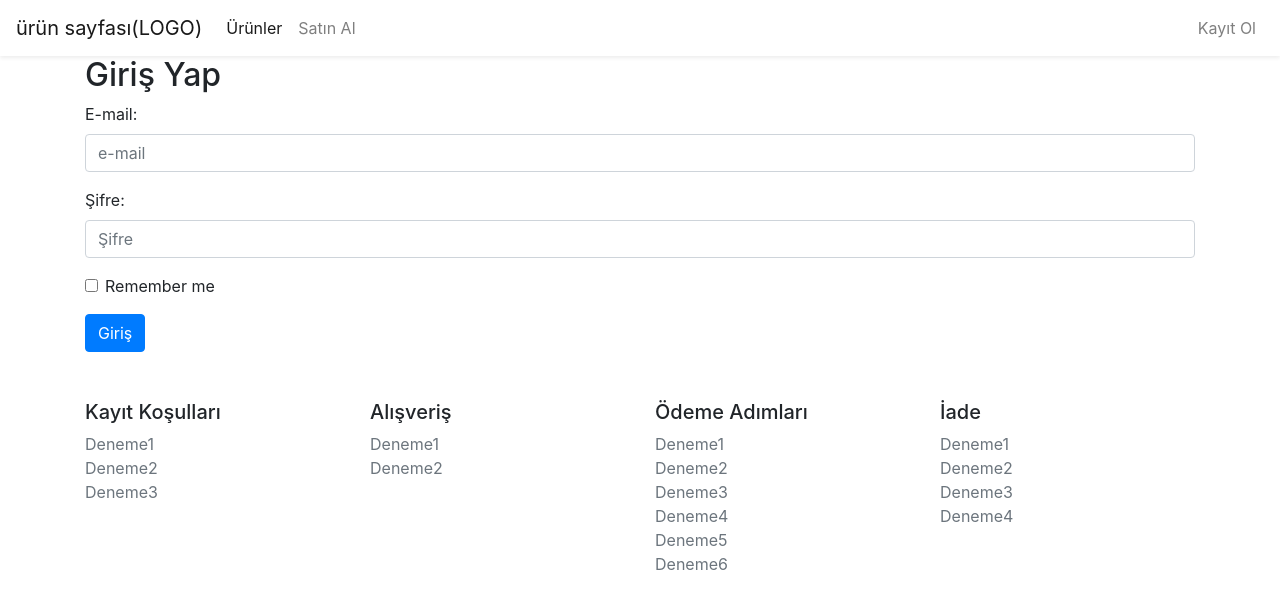
Repository: NergisAktug/E-Commerce-PythonWithFlask-Sqlite3
Page: http://localhost/giris
An editor plug-in stored every save of this project. The page is shown before and after the next save, followed by the edit.
The browser window is 1280 px wide. The pictures show the whole page.
Some web libraries are served in a nearby version. The page is served by the project's application, run on Flask 3 (app.py).

Above is the page before, as saved 2018-12-08 15:34:46.

After the next save:
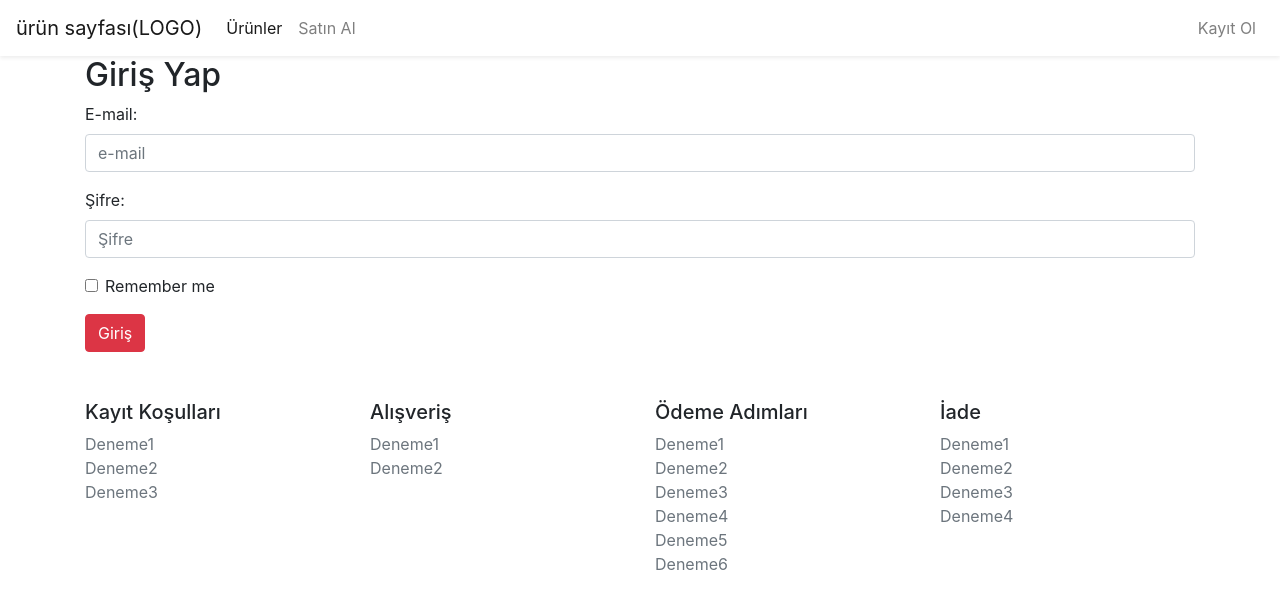
Saved 113 s later.
--- a/templates/uyeGiris.html
+++ b/templates/uyeGiris.html
@@ -52,7 +52,7 @@
                   <input class="form-check-input" type="checkbox" name="remember"> Remember me
                 </label>
               </div>
-              <button type="submit" class="btn btn-primary">  Giriş  </button>
+              <button type="submit" class="btn btn-danger">  Giriş  </button>
             </form>
 
 
